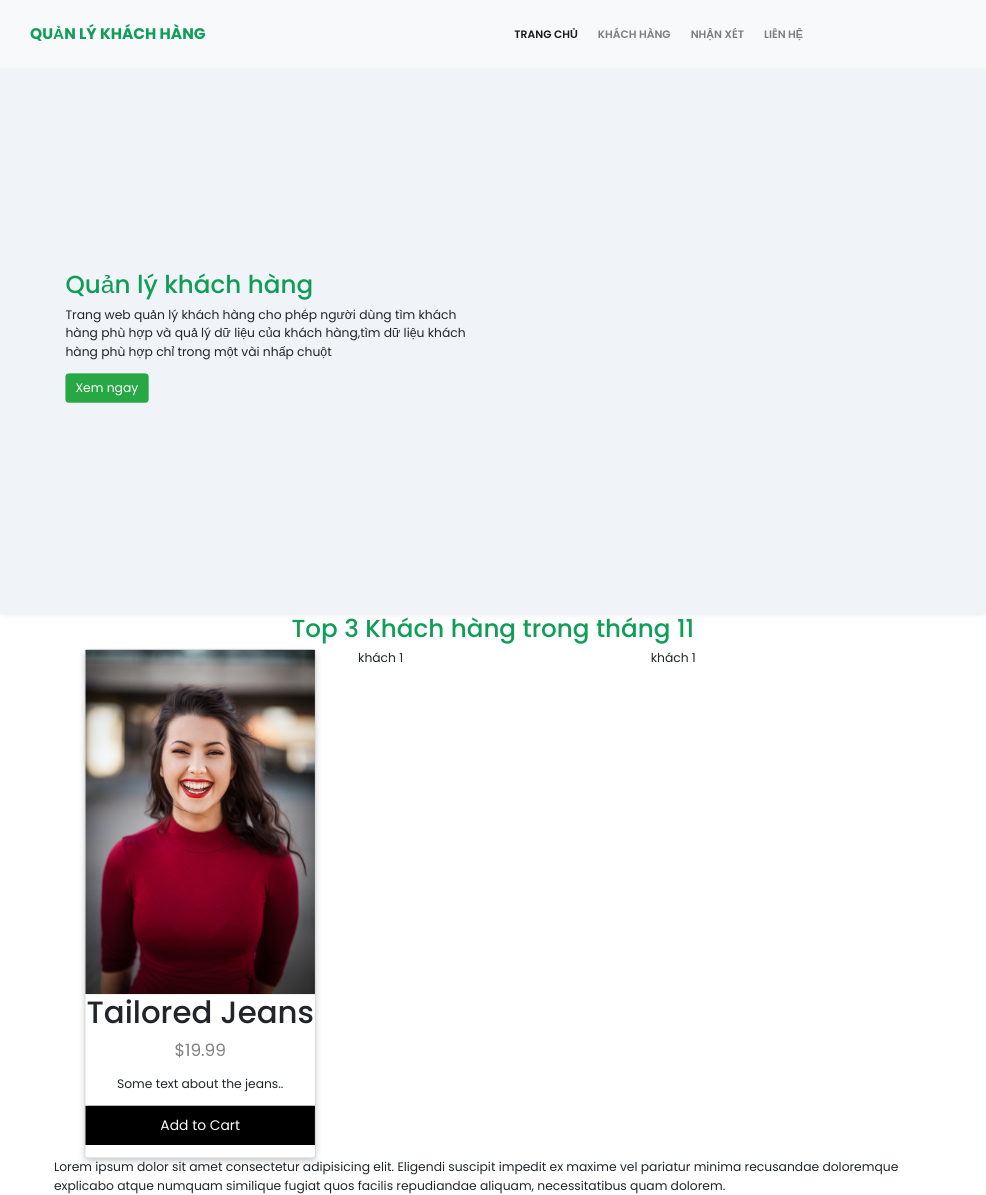
Repository: huutien1904/bt2-ltw
Page: index.html
An editor plug-in stored every save of this project. The page is shown before and after the next save, followed by the edit.
The browser window is 1280 px wide. The pictures show the whole page, at 77% of full size.

Above is the page before, as saved 2021-11-04 08:50:07.

### index.html
<!DOCTYPE html>
<html lang="en">
<head>
    <meta charset="UTF-8">
    <meta http-equiv="X-UA-Compatible" content="IE=edge">
    <meta name="viewport" content="width=device-width, initial-scale=1.0">
    <title>Quản Lý Khách Hàng</title>

    <!-- style -->
    <link rel="stylesheet" href="./style.css">
    <!-- font Poppins -->
    <link rel="preconnect" href="https://fonts.googleapis.com">
    <link rel="preconnect" href="https://fonts.gstatic.com" crossorigin>
    <link href="https://fonts.googleapis.com/css2?family=Poppins:wght@100;200;300;400;500;600;700;800;900&display=swap" rel="stylesheet">
    <!--  boostrap -->
    <link rel="stylesheet" href="https://maxcdn.bootstrapcdn.com/bootstrap/4.5.2/css/bootstrap.min.css">
    <script src="https://ajax.googleapis.com/ajax/libs/jquery/3.5.1/jquery.min.js"></script>
    <script src="https://cdnjs.cloudflare.com/ajax/libs/popper.js/1.16.0/umd/popper.min.js"></script>
    <script src="https://maxcdn.bootstrapcdn.com/bootstrap/4.5.2/js/bootstrap.min.js"></script>
</head>
<body>
  <!-- navbar -->
    <!-- <nav class="navbar navbar-default navbar-fixed-top">
        <div class="container-fluid ">
          <div class="navbar-header">
            <button type="button" class="navbar-toggle" data-toggle="collapse" data-target="#myNavbar">
              <span class="icon-bar"></span>
              <span class="icon-bar"></span>
              <span class="icon-bar"></span>
            </button>
            <a class="navbar-brand" href="#home">QUẢN LÝ KHÁCH HÀNG</a>
          </div>
          <div class="collapse navbar-collapse" id="myNavbar">
            <ul class="nav navbar-nav navbar-right">
              <li class="active_nav"><a href="#home">TRANG CHỦ</a></li>
              <li ><a href="#customer">KHÁCH HÀNG</a></li>
              <li><a href="#comment">NHẬN XÉT</a></li>
              <li><a href="#contact">LIÊN HỆ</a></li>
            </ul>
          </div>
        </div>
    </nav> -->
  <!-- end navbar -->
  <nav class="navbar navbar-expand-lg navbar-light bg-light fixed-top p-4 d-flex justify-content-between">
    <div class="nav_title col-md-6 col-sm-12">
      <a class="navbar-brand" href="#">QUẢN LÝ KHÁCH HÀNG</a>
    </div>

    <div class="nav_menu col-md-6 ">
      <button class="navbar-toggler" type="button" data-toggle="collapse" data-target="#navbarSupportedContent" aria-controls="navbarSupportedContent" aria-expanded="false" aria-label="Toggle navigation">
        <span class="navbar-toggler-icon"></span>
      </button>
      <div class="collapse navbar-collapse" id="navbarSupportedContent">
        <ul class="navbar-nav mr-auto">
          <li class="nav-item active">
            <a class="nav-link" href="#home">TRANG CHỦ</a>
          </li>
          <li class="nav-item">
            <a class="nav-link" href="#customer">KHÁCH HÀNG</a>
          </li>

          <li class="nav-item">
            <a class="nav-link" href="#comment">NHẬN XÉT</a>
          </li>
          <li class="nav-item">
            <a class="nav-link" href="#contact">LIÊN HỆ</a>
          </li>

        </ul>

      </div>
    </div>


  </nav>
  <!-- trang chủ -->
  <section
    id="home"
    >
    <div class="container">
      <div class="row">
        <div class="col-md-6 col-xs-12 ">
          <div class="">
            <h2 class="slogan">Quản lý khách hàng</h2>
            <p class="">
              Trang web quản lý khách hàng cho phép người dùng tìm khách hàng phù hợp và quả lý dữ liệu của khách hàng,tìm dữ liệu khách hàng phù hợp chỉ trong một vài nhấp chuột
            </p>
            <div class="left-to-right play-on-scroll delay-4">
              <button type="button" class="btn btn-success">Xem ngay</button>
            </div>
          </div>
        </div>
      </div>
    </div>
  </section>
  <!-- end trang chủ -->

  <!-- khách hàng -->
  <section id="customer ">
    <div class="container">
      <div class="row">
        <div class="col-md-12 col-sm-12 d-flex justify-content-center align-items-center">
          <h2 class="title_customer ">Top 3 Khách hàng trong tháng 11</h2>
        </div>
      </div>
      <div class="row">
        <div class="col-md-4 col-sm-12">
          <div class="card">
            <img src="./img/michael-dam-mEZ3PoFGs_k-unsplash.jpg" alt="Denim Jeans" style="width:100%">
            <h1>Tailored Jeans</h1>
            <p class="price">$19.99</p>
            <p>Some text about the jeans..</p>
            <p><button>Add to Cart</button></p>
          </div>
        </div>
        <div class="col-md-4 col-sm-12">
          khách 1

        </div>
        <div class="col-md-4 col-sm-12">
          khách 1

        </div>
        Lorem ipsum dolor sit amet consectetur adipisicing elit. Eligendi suscipit impedit ex maxime vel pariatur minima recusandae doloremque explicabo atque numquam similique fugiat quos facilis repudiandae aliquam, necessitatibus quam dolorem.
      </div>
    </div>
  </section>
  <!-- end khách hàng -->
  <!--  Nhận xét-->
  <section id="comment">

  </section>
  <!-- liên hệ -->
  <section id="contact">

  </section>
</body>
</html>

### style.css
*{
  font-family: 'Poppins', sans-serif;
}

:root {
  --primary-color: #0f9d58;
  --backgound-color: #f0f3f7;
  --secon-color: #9da2ad;
  --grey: #7a7a7a;
  --white: #ffffff;
}
body {
  font: 400 15px Lato, sans-serif;
  line-height: 1.8;
  color: #818181;
}
.navbar-default{
  padding: 15px;
  background-color: var(--backgound-color);
  box-shadow: 0 2px 8px rgb(0 0 0 / 10%);
}
.navbar-brand{
  font-weight: 700;
  font-size: 20px;
  color: var(--primary-color) !important;

}
.navbar-nav li{
  font-size: 14px;
  font-weight: 600;
  margin: 0 5px;
  /* padding:5px; */
}
.navbar-nav li:hover{
  background-color: var(--primary-color);
  border-radius: 15px;
  color: white !important;
}
#home{
  margin-top: 77px;
  height: 100vh;
  display: flex;
  justify-content: center;
  align-items: center;
  background-color: var(--backgound-color);
  box-shadow: 0 2px 8px rgb(0 0 0 / 10%);
}
.slogan{
  color: var(--primary-color);
}
.title_customer{
  color: var(--primary-color);

}
#customer{
  height: 90vh;
  background-color: var(--backgound-color);
  box-shadow: 0 2px 8px rgb(0 0 0 / 10%);
}
.card {
  box-shadow: 0 4px 8px 0 rgba(0, 0, 0, 0.2);
  max-width: 300px;
  margin: auto;
  text-align: center;
  font-family: arial;
}

.price {
  color: grey;
  font-size: 22px;
}

.card button {
  border: none;
  outline: 0;
  padding: 12px;
  color: white;
  background-color: #000;
  text-align: center;
  cursor: pointer;
  width: 100%;
  font-size: 18px;
}

.card button:hover {
  opacity: 0.7;
}
/* .active_nav{
  background-color: var(--primary-color);
  border-radius: 15px;
} */

After the next save:
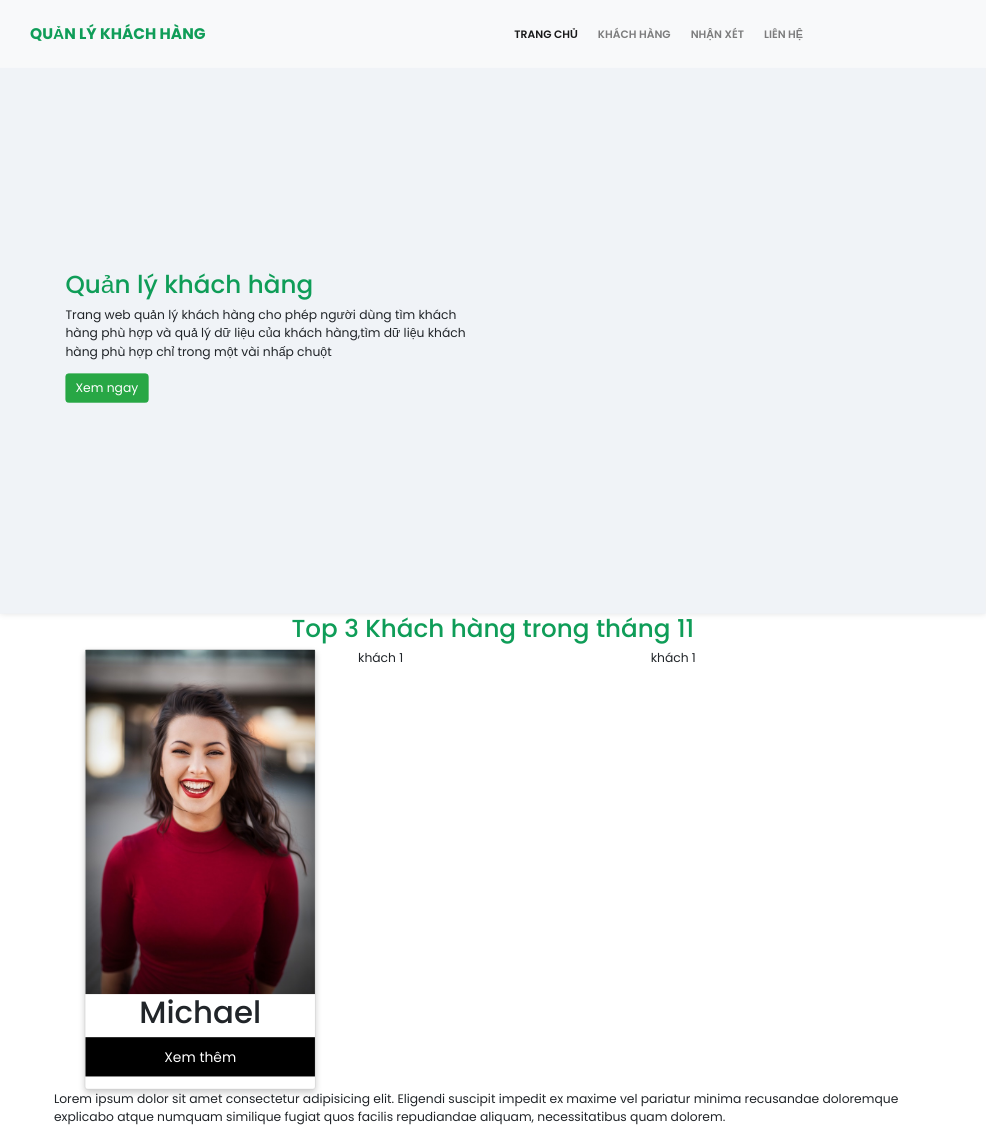
Saved 34 s later.
--- a/index.html
+++ b/index.html
@@ -107,10 +107,8 @@
         <div class="col-md-4 col-sm-12">
           <div class="card">
             <img src="./img/michael-dam-mEZ3PoFGs_k-unsplash.jpg" alt="Denim Jeans" style="width:100%">
-            <h1>Tailored Jeans</h1>
-            <p class="price">$19.99</p>
-            <p>Some text about the jeans..</p>
-            <p><button>Add to Cart</button></p>
+            <h1>Michael</h1>
+            <p><button>Xem thêm</button></p>
           </div>
         </div>
         <div class="col-md-4 col-sm-12">
